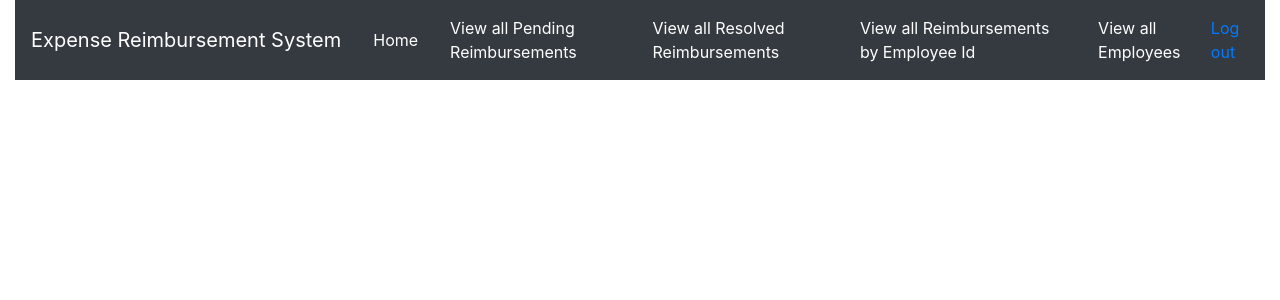
Repository: Trevormulrenin/ers-app
Page: ers-app/src/main/webapp/html/resolved_manager.html
These files come from the project's save history. The page is drawn as it stood at one moment and after the next save; the edit follows.
The browser window is 1280 px wide. The pictures show the whole page.

Above is the page before, as saved 2021-03-31 14:30:16.

After the next save:
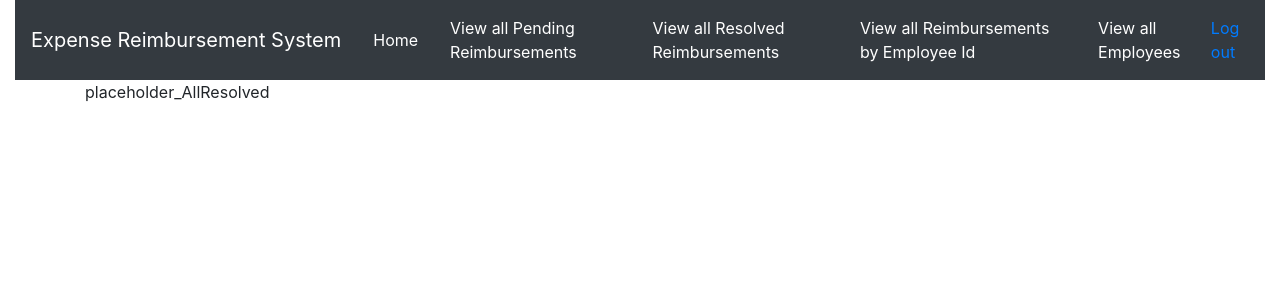
Saved 10 min 37 s later.
--- a/ers-app/src/main/webapp/html/resolved_manager.html
+++ b/ers-app/src/main/webapp/html/resolved_manager.html
@@ -45,7 +45,11 @@ h1 {
 	</div>
 
 	<div class="container">
-		<h1></h1>
+		<table>
+			placeholder_AllResolved
+		</table>
+
 	</div>
+
 	</body>
 	</html>
